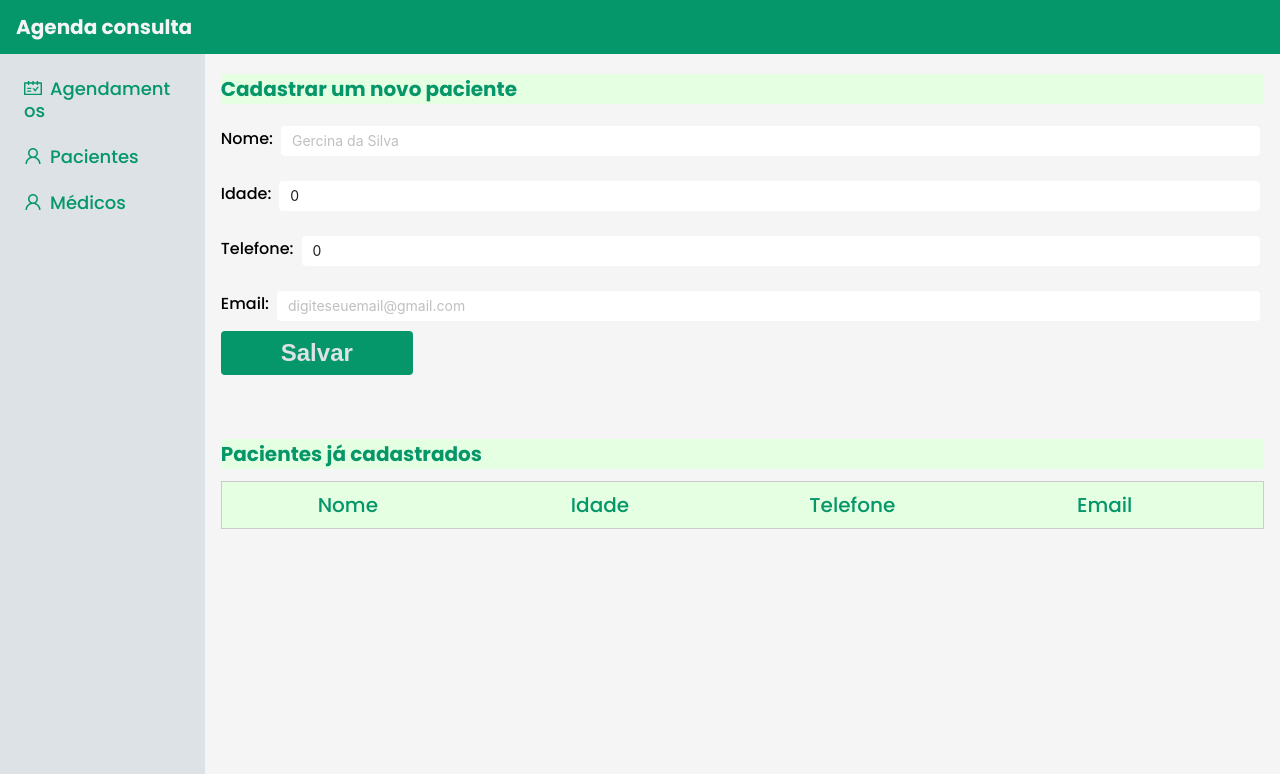
Repository: BarbaraCD/agendaconsulta
Page: /patients
The author's editor kept a copy of each file at every save. The page is drawn from the files as they stood at one save, then again after the next save.
The browser window is 1280 px wide. The pictures show the whole page.
The page's requests for data from a server got no answer. The project was rebuilt for these pictures with package versions that can differ from the ones it lists, and the page was loaded fresh each time. No one was signed in, and anything a server would have sent is missing. Also part of the build but not shown: vite.config.ts, src/styles/StyleList.ts, src/components/Doctors.tsx, src/services/doctor.services.ts, src/components/InputDoctors.tsx, src/components/CreateDoctor.tsx, src/components/Patients.tsx, src/services/appointment.services.ts and 3 more.

Above is the page before, as saved 2023-08-10 08:48:45.

### index.html
<!DOCTYPE html>
<html lang="en">
  <head>
    <meta charset="UTF-8" />
    <link rel="icon" type="image/svg+xml" href="/vite.svg" />
    <meta name="viewport" content="width=device-width, initial-scale=1.0" />

    <link rel="preconnect" href="https://fonts.googleapis.com">
    <link rel="preconnect" href="https://fonts.gstatic.com" crossorigin>
    <link href="https://fonts.googleapis.com/css2?family=Poppins:wght@400;500;700&display=swap" rel="stylesheet">

    <title>Agendamento de Consulta</title>
  </head>
  <body>
    <div id="root"></div>
    <script type="module" src="/src/main.tsx"></script>
  </body>
</html>

### src/main.tsx
import React from 'react'
import ReactDOM from 'react-dom/client'
import { ThemeProvider } from 'styled-components'
import GlobalStyle, { Container, Content } from './styles/global'
import { theme } from './styles/Theme.ts'
import App from './App.tsx'
import { Routes } from './routes/index.tsx'
import { Header } from './components/Header.tsx'
import { Provider } from 'react-redux'
import store from './store/index.ts'
import { BrowserRouter } from 'react-router-dom'

ReactDOM.createRoot(document.getElementById('root')!).render(
  <React.StrictMode>
    <Provider store={store}>
      <ThemeProvider theme={theme}>
        <GlobalStyle />
        <BrowserRouter>
          <Header />
          <Container>
              <App />
            <Content>
              <Routes />
            </Content>
          </Container>
        </BrowserRouter>
      </ThemeProvider>
    </Provider>
  </React.StrictMode>
)

### src/styles/global.ts
import styled, { createGlobalStyle } from 'styled-components'

export default createGlobalStyle`
  *{
    margin: 0;
    padding: 0;
    box-sizing: border-box;

  }
  body{
    height: 100%;
    font-family: 'Poppins', sans-serif;
    background: ${(props) => props.theme.colors.white};
    font-size: ${(props) => props.theme.size.xl};
  }
`

export const Container = styled.div`
  display: flex;
`

export const SidebarGlobal = styled.div`
  width: 16%;
`

export const Content = styled.div`
  flex: 1;
  margin: 0 16px;
`;

### src/styles/Theme.ts

export const theme = {
  colors: {
    primary: '#059669',
    head: '#059669B3',
    100: '#E4FFE1',

    sbcolor: '#DCE2E6',
    gray: '#41414D',
    black: '#000',
    white: '#f5f5f5',
  },

  size: {
    sm: '14px',
    md: '16px',
    lg: '18px',
    xl: '20px',
    xxl: '24px'
  }
}

### src/App.tsx
import './styles/global'
import { Sidebar } from './components/Sidebar'
import { SidebarGlobal } from './styles/global'

export default function App() {

  return (
    <SidebarGlobal>
      <Sidebar />
    </SidebarGlobal>
  )
}

### src/routes/index.tsx
import { AppRoutes } from './app.routes'

export function Routes(){
  return(
    <>
      <AppRoutes />
    </>
  )
}

### src/components/Header.tsx
import { styled } from "styled-components"

const Container = styled.div`
  background-color: ${(props) => props.theme.colors.primary};
  padding: 12px 16px;
  flex: 1;
  min-width: 80px;
  color: ${(props) => props.theme.colors.white};
  font-weight: 700;
  a{
    text-decoration: none;
    color: ${(props) => props.theme.colors.white};
    word-break: normal;
  }
`

export function Header(){
  return (
    <Container>
      <a href="/">Agenda consulta</a>
    </Container>
  )
}

### src/store/index.ts
import { configureStore, ThunkAction, Action  } from "@reduxjs/toolkit";
import appointmentReducer  from '../features/appointments/appointmentsSlice'

const store = configureStore({
  reducer: {
    appointment: appointmentReducer,
  }
})

export type RootState = ReturnType<typeof store.getState>
export type AppThunk<ReturnType = void> = ThunkAction<
  ReturnType,
  RootState,
  unknown,
  Action<string>
>;

export default store

### src/components/Sidebar.tsx
import { ScheduleOutlined, UserOutlined } from '@ant-design/icons'
import { StyledSidebar, StyledList } from '../styles/SidebarStyled'
import { Link } from 'react-router-dom'

export function Sidebar(){
  return (
    <StyledSidebar>
        <StyledList>
          <li>
            <ScheduleOutlined style={{color:'#059669'}} />
            <Link to="/appointments">Agendamentos</Link>
          </li>
          <li>
            <UserOutlined style={{color:'#059669'}} />
            <Link to="/patients">Pacientes</Link>
          </li>
          <li>
            <UserOutlined style={{color:'#059669'}} />
            <Link to="/doctors">Médicos</Link>
          </li>
        </StyledList>
    </StyledSidebar>
  )
}

### src/routes/app.routes.tsx
import { Routes, Route } from 'react-router-dom'

import { CreateDoctor } from '../components/CreateDoctor'
import { CreatePatient } from '../components/CreatePatient'
import { App } from 'antd'
import { AppointmentsCalendar } from '../components/Calendar'
import { CreateAppointments } from '../components/Appointments'

export function AppRoutes(){
  return(
    <Routes>
      <Route path='/' element={<App />} />
      <Route path='/patients' element={<CreatePatient />} />
      <Route path='/doctors' element={<CreateDoctor />} />
      <Route path='/appointments' element={<CreateAppointments />} />
      <Route path='/appointments/calendar' element={<AppointmentsCalendar />} />

    </Routes>
  )
}

### src/features/appointments/appointmentsSlice.ts
import { createSlice, PayloadAction, CaseReducer } from '@reduxjs/toolkit';
import { AppointmentsProps } from '../../components/Appointments';

interface AppointmentState {
  appointments: AppointmentsProps[];
}

const initialState: AppointmentState = {
  appointments: [],
};

const appointmentSlice = createSlice({
  name: 'appointment',
  initialState,
  reducers: {
    addAppointment: (state, action: PayloadAction<AppointmentsProps>) => {
      state.appointments.push(action.payload);
    },
  },
});

export const { addAppointment } = appointmentSlice.actions;

export type AppointmentAction = ReturnType<CaseReducer<typeof appointmentSlice.reducer>>;

export default appointmentSlice.reducer;

### src/styles/SidebarStyled.ts
import styled from 'styled-components'

export const StyledSidebar = styled.div`
  flex-direction: column;
  height: 100vh;
  background-color: ${(props) => props.theme.colors.sbcolor};
  color: ${(props) => props.theme.colors.black};
  font-size: ${(props) => props.theme.size.lg};
  font-weight: 500;
  justify-content: start;
  text-align: start;
  overflow: auto;
`

export const StyledList = styled.ul`
    flex-direction: column;
    display: flex;
    padding: 12px;
    list-style: none;

  li{
    cursor: pointer;
    padding: 12px;
    line-height: 22px;
  }

  a{
    text-decoration: none;
    color: ${(props) => props.theme.colors.primary};
    margin: 8px;
    word-break: break-all;
  }
`

### src/components/CreatePatient.tsx
import { useEffect, useState } from 'react'
import { Patients, PatientsProps } from './Patients'
import { createPatient, deletePatient, getPatient, updatePatient } from '../services/patient.services'
import { InputPatients } from './InputPatient'
import { SubmitButton } from './SubmitButton'
import { Container, Container2, Container3 }  from '../styles/CreateContainer'
import { PatientsTypes } from '../model/patients'


export function CreatePatient(){

  const [patients, setPatients] = useState<PatientsProps[]>([])
  const [newPatient, setNewPatient] = useState<PatientsProps>({
    id: 0,
    name: '',
    age: 0,
    telephone: 0,
    email:''
  })

  useEffect(() => {
    fetchPatient().catch((error) => {
      console.error('Error fetching Patients:', error);
    });
  }, []);

  async function fetchPatient() {
    try {
      const response: PatientsProps[] = await getPatient();
      setPatients(response);
    } catch (error) {
      console.error('Error fetching Patients:', error);
    }
  }

  async function createNewPatient(){
    if(
      newPatient?.name.trim() !== '' &&
      typeof newPatient?.age === 'number' && newPatient?.age > 0 &&
      typeof newPatient?.telephone === 'number' && newPatient?.telephone > 0 &&
      newPatient?.email.trim() !== ''
      ){
        try {
          if (newPatient.id === 0) {
            await createPatient(
              newPatient.name,
              newPatient.age,
              newPatient.telephone,
              newPatient.email
            );
          } else {
            await updatePatient(newPatient.id, {
              name: newPatient.name,
              age: newPatient.age,
              telephone: newPatient.telephone,
              email: newPatient.email,
              id: 0
            });
          }
          await fetchPatient();
          setNewPatient({
            id: 0,
            name: '',
            age: 0,
            telephone: 0,
            email: '',
          });
          console.log("Paciente cadastrado/atualizado com sucesso!");
        } catch (error) {
          console.log("Erro ao cadastrar/atualizar paciente:", error);
        }
      } else {
        console.error("Por favor, preencha todos os campos corretamente.");
      }
    }

  const removePatient = async (id: number) => {
    await deletePatient(id)
    await fetchPatient()
  }

  const onClickEdit = (patients: PatientsTypes) => {
    setNewPatient(patients)
  }

  return(
    <Container>
      <Container2>
      <h3>Cadastrar um novo paciente</h3>
        <InputPatients
          name={newPatient.name}
          age={newPatient.age}
          telephone={newPatient.telephone}
          email={newPatient.email}
          id={newPatient.id}
          onNameChange={(value) => setNewPatient({ ...newPatient, name: value })}
          onAgeChange={(value) => setNewPatient({ ...newPatient, age: value })}
          onTelephoneChange={(value) => setNewPatient({ ...newPatient, telephone: value})}
          onEmailChange={(value) =>
            setNewPatient({ ...newPatient, email: value })
          }
        />

          <SubmitButton onClick={createNewPatient}/>
        </Container2>

        <Container3>
          <h3>Pacientes já cadastrados</h3>
          <table>
            <thead>
              <tr>
                <th>Nome</th>
                <th>Idade</th>
                <th>Telefone</th>
                <th>Email</th>
                <th> </th>
                <th> </th>
              </tr>
            </thead>
            <tbody>
            {patients.length > 0 && (
              patients.map((patients, index) => (
                <Patients
                  id={patients.id}
                  key={index + 1}
                  name={patients.name}
                  age={patients.age}
                  telephone={patients.telephone}
                  email={patients.email}
                  handleDelete = {() => removePatient(patients.id)}
                  handleEdit={() => onClickEdit(patients)}
                />
              ))
            )}
            </tbody>
          </table>
        </Container3>

    </Container>
  )
}

### src/components/SubmitButton.tsx
import { styled } from "styled-components"

interface SubmitButtonProps {
  onClick: () => void
}

const StyledButton = styled.button`
  padding: 8px;
  width: 15vw;
  /* margin-left: 964px; */
  border-radius: 4px;
  color: ${(props) => props.theme.colors.sbcolor};
  border: none;
  background-color: ${(props) => props.theme.colors.primary};
  cursor: pointer;
  word-wrap: break-word;
  overflow: hidden;

  &:hover{
    color: ${(props) => props.theme.colors[100]};
  }

  p{
    font-size: ${(props) => props.theme.size.xxl};
    font-weight: 700;
  }
`

export function SubmitButton({ onClick }: SubmitButtonProps) {
  return (
    <StyledButton onClick={onClick}>
      <p>
        Salvar
      </p>
    </StyledButton>
  )
}

### src/styles/CreateContainer.ts
import styled from "styled-components"

export const Container = styled.div`

  background-color: ${(props) => props.theme.colors.white};
  justify-content: start;
  align-items: center;
`

export const Container2 = styled.div`

  padding: 20px 0;

  h3{
    font-size: ${(props) => props.theme.size.xl};
    color: ${(props) => props.theme.colors.primary};
    background-color: ${(props) => props.theme.colors[100]};
    margin-bottom: 12px;
  }

`
export const Container3 = styled.div`
  margin-top: 24px;
  flex-direction: column;
  padding: 20px 0;
  overflow: scroll;

  h3{
    font-size: ${(props) => props.theme.size.xl};
    color: ${(props) => props.theme.colors.primary};
    background-color: ${(props) => props.theme.colors[100]};
    margin-bottom: 12px;
  }

  table {
    width: 100%;
    height: auto;
    border-collapse: collapse;
    border: 1px solid #ccc;
    word-break: break-all;


    th, thead {
      padding: 8px;
      border-bottom: 1px solid #ccc;
      text-align: center;
      width: 25%;
      color: ${(props) => props.theme.colors.primary};
      background-color: ${(props) => props.theme.colors[100]};
      font-weight: 500;
    }
  }

`

### src/services/patient.services.ts
import axios from 'axios';
import { PatientsProps } from '../components/Patients'
import { api } from './ApiConfig'

export async function getPatient(): Promise<PatientsProps[]> {
  try {
    const response = await axios.get('http://localhost:3333/patient');
    // eslint-disable-next-line @typescript-eslint/no-unsafe-return
    return response.data;
  } catch (error) {
    throw new Error('Erro ao obter dados dos pacientes:');
  }
}

export async function getPatientById(id: number): Promise<PatientsProps> {
  try {
    const response = await axios.get(`http://localhost:3333/patient/${id}`);
    // eslint-disable-next-line @typescript-eslint/no-unsafe-return
    return response.data;
  } catch (error) {
    throw new Error('Erro ao obter dados dos pacientes:');
  }
}

export async function createPatient(name: string, age: number, telephone: number, email: string){
  return api.post('/patient', {
    name,
    age,
    telephone,
    email,
  })
}

export async function updatePatient(id: number, data: PatientsProps){
  try {
    const response = await axios.put(`http://localhost:3333/patient/${id}`, data);
    // eslint-disable-next-line @typescript-eslint/no-unsafe-return
    return response.data;
  } catch (error) {
    throw new Error('Erro ao obter dados dos pacientes:');
  }
}

export async function deletePatient(id: number) {
  return await api.delete(`/patient/${id}`)
}

### src/components/InputPatient.tsx
import { useState } from 'react'
import { InputContainer, StyledInput } from '../styles/InputContainer'

interface InputPatientsProps{
  name: string
  age: number
  telephone: number
  email: string
  id: number
  onNameChange: (value: string) => void
  onAgeChange: (value: number) => void
  onTelephoneChange: (value: number) => void
  onEmailChange: (value: string) => void
}

export function InputPatients(props: InputPatientsProps) {
  const [telephone, setTelephone] = useState<number | ''>(props.telephone);
  const [age, setAge] = useState<number | ''>(props.age);

  const handleTelephoneChange = (event: React.ChangeEvent<HTMLInputElement>) => {
    const value = event.target.value;
    const numericValue = value.replace(/\D/g, '');
    const limitedValue = numericValue.slice(0, 11);
    setTelephone(limitedValue === '' ? '' : Number(limitedValue));
    props.onTelephoneChange(Number(limitedValue));
  }

  const handleAgeChange = (event: React.ChangeEvent<HTMLInputElement>) => {
    const value = event.target.value;
    const numericValue = value.replace(/\D/g, '');
    const limitedValue = numericValue.slice(0, 2);
    setAge(limitedValue === '' ? '' : Number(limitedValue));
    props.onAgeChange(Number(limitedValue));
  }

  return (
    <InputContainer>
        <label>
          <p>Nome:</p>
          <StyledInput
            type="text"
            name="nome"
            value={props.name}
            onChange={(event) => props.onNameChange(event.target.value)}
            placeholder='Gercina da Silva'
          />
        </label>
        <br />
        <label>
          <p>Idade:</p>
          <StyledInput
            type="text"
            name="idade"
            value={props.age}
            onChange={handleAgeChange}
            placeholder='idade'
          />
        </label>
        <br />
        <label>
          <p>Telefone:</p>
          <StyledInput
            type="text"
            name="telefone"
            value={props.telephone}
            onChange={handleTelephoneChange}
          />
        </label>
        <br />
        <label>
          <p>Email:</p>
          <StyledInput
            type="text"
            name="email"
            value={props.email}
            onChange={(event) => props.onEmailChange(event.target.value)}
            placeholder='digiteseuemail@gmail.com'
          />
        </label>
    </InputContainer>
  );
}

### src/services/ApiConfig.ts
import axios from "axios";

export const api = axios.create({
  baseURL: 'http://localhost:3333',
})

### src/styles/InputContainer.ts
import { Input } from "antd"
import styled from "styled-components"

export const InputContainer = styled.div`

  color: ${(props) => props.theme.colors.black};
  font-size: ${(props) => props.theme.size.md};
  padding: 10px 0;
  text-transform: 'uppercase';

  h3 {
    background-color: ${(props) => props.theme.colors[100]};
    color: ${(props) => props.theme.colors.primary};
    margin-bottom: 10px;
  }

  label {
    display: flex;
    flex: 1;
    margin-right: 4px;
  }

  p{
    font-size: ${(props) => props.theme.size.md};
    font-weight: 500;
  }

  input {
    width: 100%;
    margin-left: 8px;
    border-radius: 4px;
    border: none;
    overflow: hidden;
  }
`

export const StyledInput = styled(Input)`

`

After the next save:
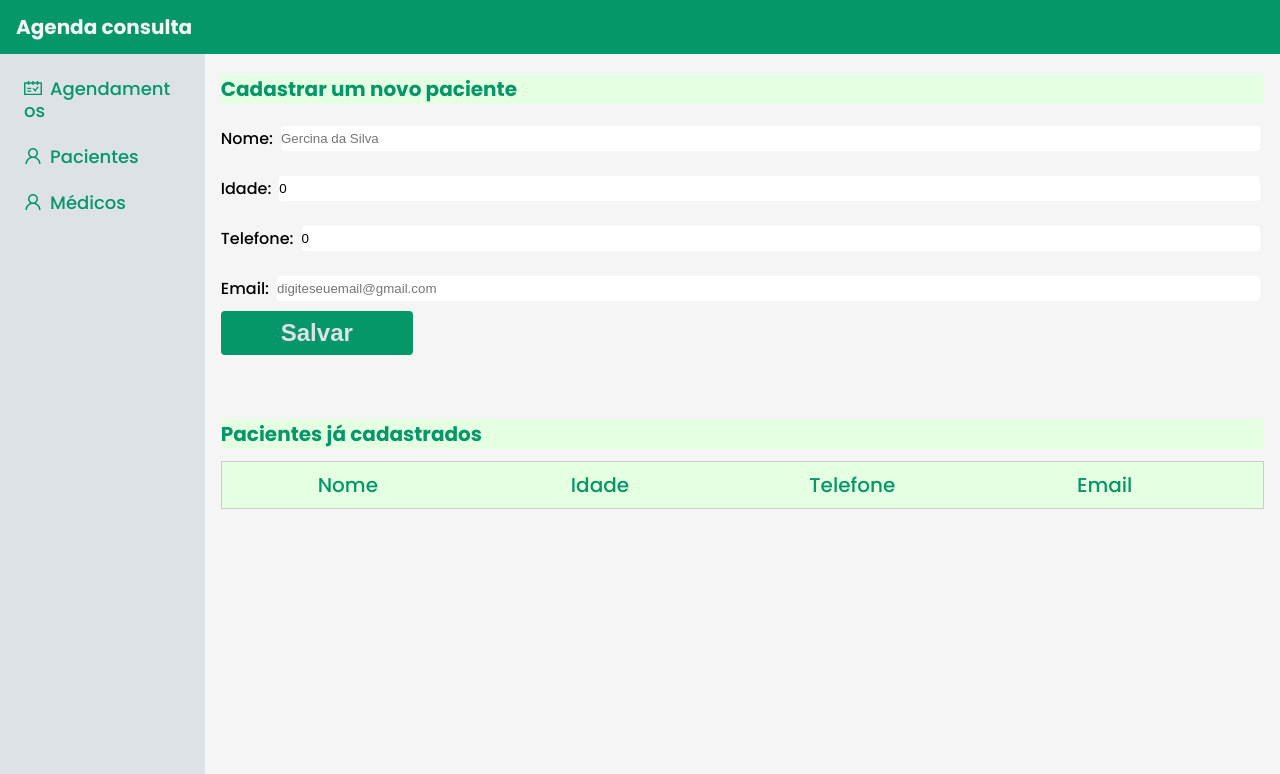
Saved 26 s later.
--- a/src/components/InputPatient.tsx
+++ b/src/components/InputPatient.tsx
@@ -1,5 +1,5 @@
 import { useState } from 'react'
-import { InputContainer, StyledInput } from '../styles/InputContainer'
+import { InputContainer } from '../styles/InputContainer'
 
 interface InputPatientsProps{
   name: string
@@ -37,7 +37,7 @@ export function InputPatients(props: InputPatientsProps) {
     <InputContainer>
         <label>
           <p>Nome:</p>
-          <StyledInput
+          <input
             type="text"
             name="nome"
             value={props.name}
@@ -48,7 +48,7 @@ export function InputPatients(props: InputPatientsProps) {
         <br />
         <label>
           <p>Idade:</p>
-          <StyledInput
+          <input
             type="text"
             name="idade"
             value={props.age}
@@ -59,7 +59,7 @@ export function InputPatients(props: InputPatientsProps) {
         <br />
         <label>
           <p>Telefone:</p>
-          <StyledInput
+          <input
             type="text"
             name="telefone"
             value={props.telephone}
@@ -69,7 +69,7 @@ export function InputPatients(props: InputPatientsProps) {
         <br />
         <label>
           <p>Email:</p>
-          <StyledInput
+          <input
             type="text"
             name="email"
             value={props.email}

After the save that followed:
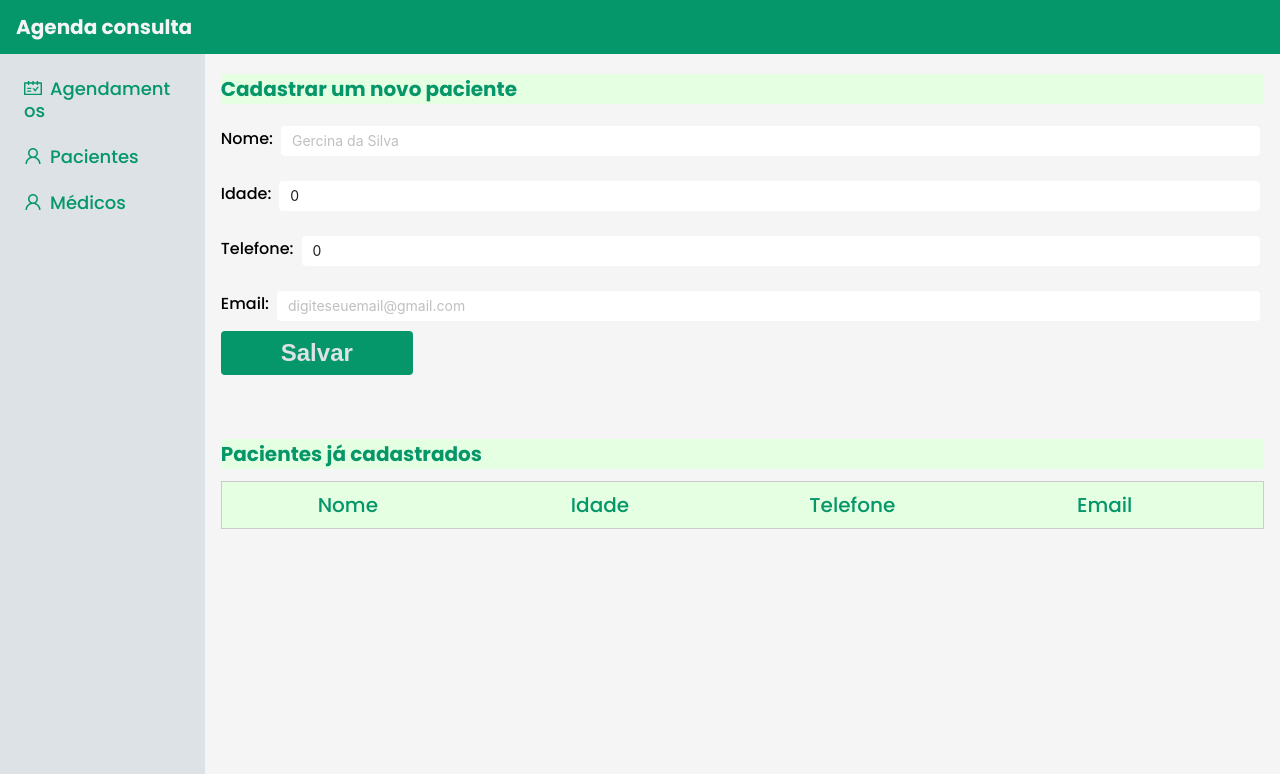
Saved 9 s later.
--- a/src/components/InputPatient.tsx
+++ b/src/components/InputPatient.tsx
@@ -1,5 +1,5 @@
 import { useState } from 'react'
-import { InputContainer } from '../styles/InputContainer'
+import { InputContainer, StyledInput } from '../styles/InputContainer'
 
 interface InputPatientsProps{
   name: string
@@ -37,7 +37,7 @@ export function InputPatients(props: InputPatientsProps) {
     <InputContainer>
         <label>
           <p>Nome:</p>
-          <input
+          <StyledInput
             type="text"
             name="nome"
             value={props.name}
@@ -48,7 +48,7 @@ export function InputPatients(props: InputPatientsProps) {
         <br />
         <label>
           <p>Idade:</p>
-          <input
+          <StyledInput
             type="text"
             name="idade"
             value={props.age}
@@ -59,7 +59,7 @@ export function InputPatients(props: InputPatientsProps) {
         <br />
         <label>
           <p>Telefone:</p>
-          <input
+          <StyledInput
             type="text"
             name="telefone"
             value={props.telephone}
@@ -69,7 +69,7 @@ export function InputPatients(props: InputPatientsProps) {
         <br />
         <label>
           <p>Email:</p>
-          <input
+          <StyledInput
             type="text"
             name="email"
             value={props.email}
